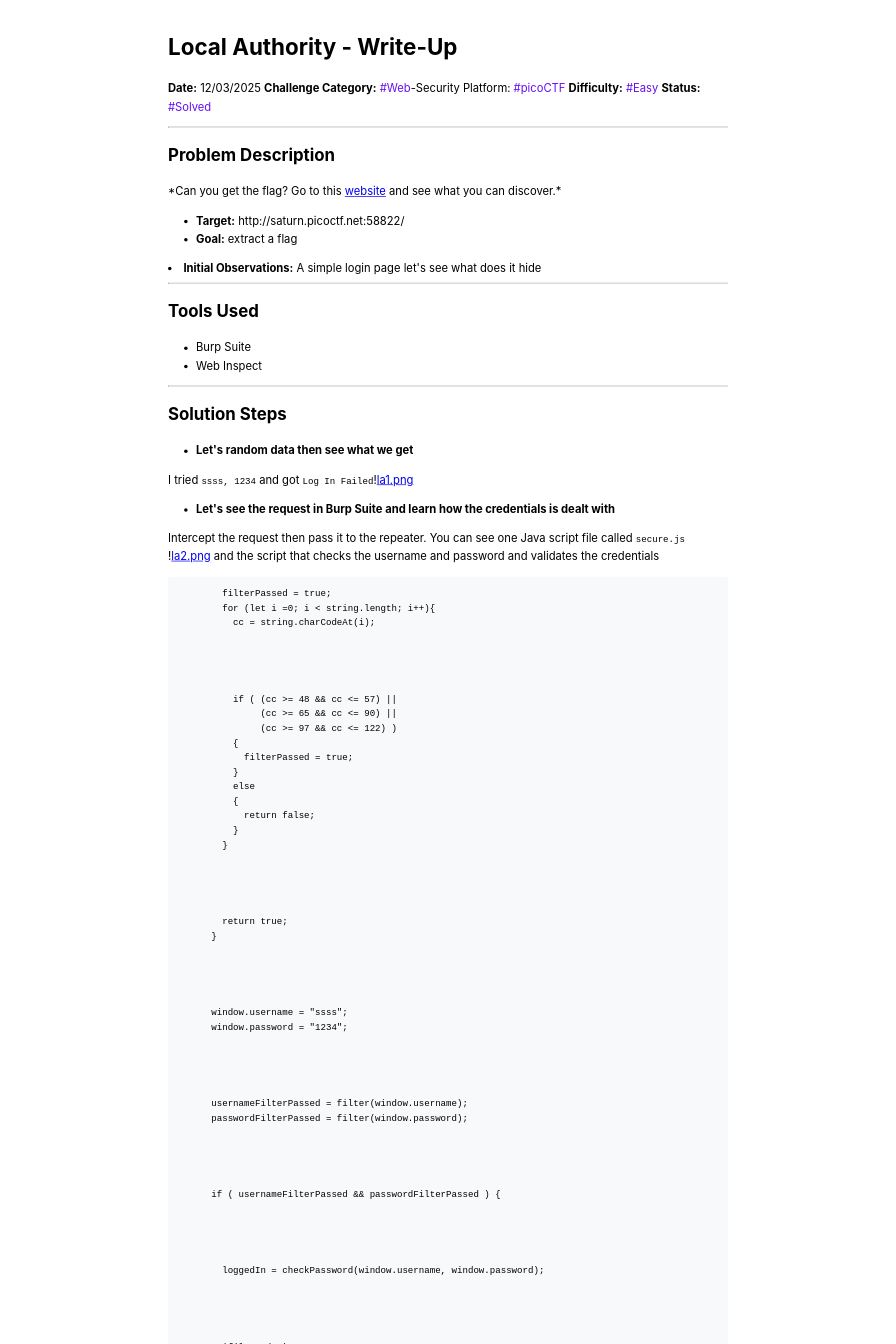
Repository: mohamedsoliman-tq/Website
Page: blogs/5 - Local Authority.html
These files come from the project's save history. The page is drawn as it stood at one moment and after a run of saves; the edit follows.
The browser window is 1280 px wide. The pictures show the part of the page from y = 0 to 1920 px (the page is 2581 px tall before and 1887 px after), at 70% of full size.

Above is the page before, as saved 2025-03-13 01:19:41.

### blogs/5 - Local Authority.html
<!DOCTYPE html>
<html lang="en">
<head>
    <meta charset="UTF-8">
    <meta name="viewport" content="width=device-width, initial-scale=1.0">
    <title>5 - Local Authority</title>
    <style>
        body { font-family: -apple-system, BlinkMacSystemFont, "Segoe UI", Roboto, Helvetica, Arial, sans-serif; line-height: 1.6; max-width: 800px; margin: 0 auto; padding: 20px; }
        .callout { background-color: #f8f9fa; border-left: 4px solid #6c757d; padding: 10px 15px; margin: 15px 0; }
        .callout-note { border-left-color: #0d6efd; }
        .callout-warning { border-left-color: #ffc107; }
        .callout-danger { border-left-color: #dc3545; }
        .callout-info { border-left-color: #0dcaf0; }
        .callout-success { border-left-color: #198754; }
        .tag { color: #6610f2; }
        pre { background-color: #f8f9fa; padding: 15px; border-radius: 5px; overflow-x: auto; }
        blockquote { border-left: 3px solid #ced4da; padding-left: 15px; color: #6c757d; }
    </style>
</head>
<body>
<h1>Local Authority - Write-Up</h1>

<p>
<strong>Date:</strong> 12/03/2025
<strong>Challenge Category:</strong> <span class="tag">#Web</span>-Security
Platform: <span class="tag">#picoCTF</span>
<strong>Difficulty:</strong> <span class="tag">#Easy</span>
<strong>Status:</strong> <span class="tag">#Solved</span>
</p>

<hr />
<h2>Problem Description</h2>

<p>
*Can you get the flag?
Go to this <a href="http://saturn.picoctf.net:58822/">website</a> and see what you can discover.*
</p>

<ul><li><strong>Target:</strong> http://saturn.picoctf.net:58822/</li><li><strong>Goal:</strong> extract a flag</li></ul>
<li><strong>Initial Observations:</strong> A simple login page let's see what does it hide</li>

<hr />

<h2>Tools Used</h2>

<ul><li>Burp Suite</li><li>Web Inspect</li></ul>

<hr />

<h2>Solution Steps</h2>


<ul><li><strong>Let's random data then see what we get</strong>  </li></ul>
<p>
   I tried <code>ssss, 1234</code> and got <code>Log In Failed</code>!<a href="la1.png.html">la1.png</a>
</p>

<ul><li><strong>Let's see the request in Burp Suite and learn how the credentials is dealt with</strong>  </li></ul>
<p>
   Intercept the request then pass it to the repeater. You can see one Java script file called <code>secure.js</code>
   !<a href="la2.png.html">la2.png</a>
   and the script that checks the username and password and validates the credentials
   <pre><code class="js     function filter(string) {">        filterPassed = true;
        for (let i =0; i < string.length; i++){
          cc = string.charCodeAt(i);
</p>

<p>
          if ( (cc >= 48 && cc <= 57) ||
               (cc >= 65 && cc <= 90) ||
               (cc >= 97 && cc <= 122) )
          {
            filterPassed = true;
          }
          else
          {
            return false;
          }
        }
</p>

<p>
        return true;
      }
</p>

<p>
      window.username = "ssss";
      window.password = "1234";
</p>

<p>
      usernameFilterPassed = filter(window.username);
      passwordFilterPassed = filter(window.password);
</p>

<p>
      if ( usernameFilterPassed && passwordFilterPassed ) {
</p>

<p>
        loggedIn = checkPassword(window.username, window.password);
</p>

<p>
        if(loggedIn)
        {
          document.getElementById('msg').innerHTML = "Log In Successful";
          document.getElementById('adminFormHash').value = "2196812e91c29df34f5e217cfd639881";
          document.getElementById('hiddenAdminForm').submit();
        }
        else
        {
          document.getElementById('msg').innerHTML = "Log In Failed";
        }
      }
      else {
        document.getElementById('msg').innerHTML = "Illegal character in username or password."
      }
</code></pre>
</p>

<ul><li><strong>Inspecting the code</strong>  </li></ul>
<p>
   By the credentials that I have submitted I got <code>Log In Failed</code> so the checkPassword function is what causes this but from where does this function come? let's check the <code>secure.js</code> file.
</p>
<ul><li><strong>Inspecting the js file</strong></li></ul>
<p>
   First of all how could I see this file let's try to use the web inspect then see the sources tab that contain the files of the website. Here we go
   !<a href="la3.png.html">la3.png</a>
   Know let's try this
</p>
<ul><li><strong>Getting the flag</strong></li></ul>
<p>
   By submitting with the found credentials we get the flag.
   !<a href="la4.png.html">la4.png</a>
</p>

<hr />

</body>
</html>

After the next 10 saves:
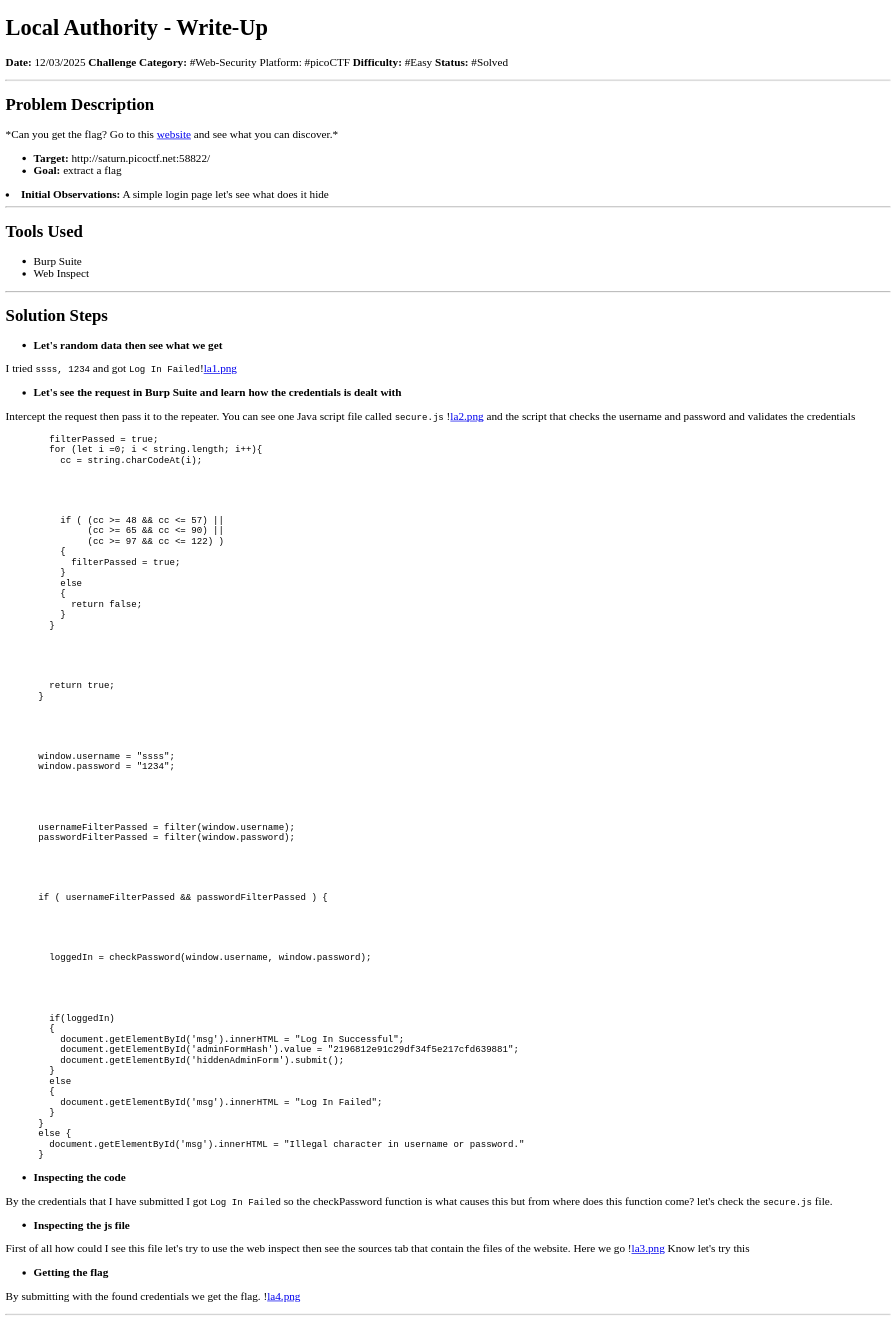
The 10 saves are shown as one change because they came seconds apart.
The last was saved 78 s later.
--- a/blogs/5 - Local Authority.html
+++ b/blogs/5 - Local Authority.html
@@ -4,18 +4,7 @@
     <meta charset="UTF-8">
     <meta name="viewport" content="width=device-width, initial-scale=1.0">
     <title>5 - Local Authority</title>
-    <style>
-        body { font-family: -apple-system, BlinkMacSystemFont, "Segoe UI", Roboto, Helvetica, Arial, sans-serif; line-height: 1.6; max-width: 800px; margin: 0 auto; padding: 20px; }
-        .callout { background-color: #f8f9fa; border-left: 4px solid #6c757d; padding: 10px 15px; margin: 15px 0; }
-        .callout-note { border-left-color: #0d6efd; }
-        .callout-warning { border-left-color: #ffc107; }
-        .callout-danger { border-left-color: #dc3545; }
-        .callout-info { border-left-color: #0dcaf0; }
-        .callout-success { border-left-color: #198754; }
-        .tag { color: #6610f2; }
-        pre { background-color: #f8f9fa; padding: 15px; border-radius: 5px; overflow-x: auto; }
-        blockquote { border-left: 3px solid #ced4da; padding-left: 15px; color: #6c757d; }
-    </style>
+    <link rel="stylesheet"
 </head>
 <body>
 <h1>Local Authority - Write-Up</h1>
